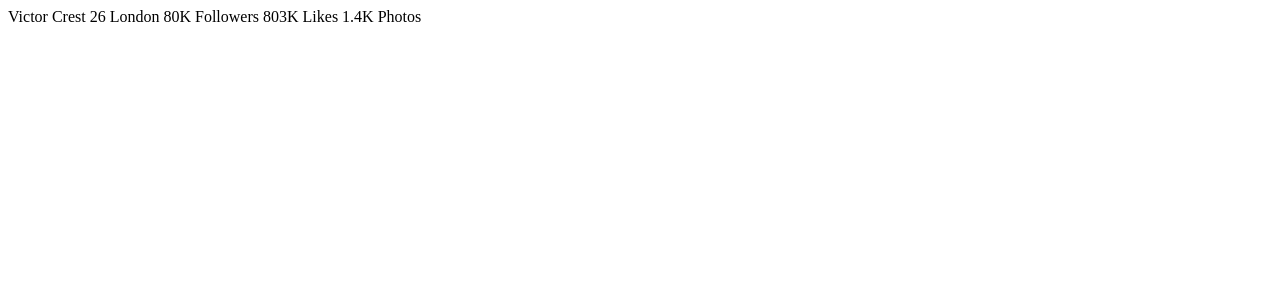
Repository: shayanabedi98/profile-card-component
Page: index.html
These files come from the project's save history. The page is drawn as it stood at one moment and after the next save; the edit follows.
The browser window is 1280 px wide. The pictures show the whole page.

Above is the page before, as saved 2023-09-27 10:24:25.

After the next save:
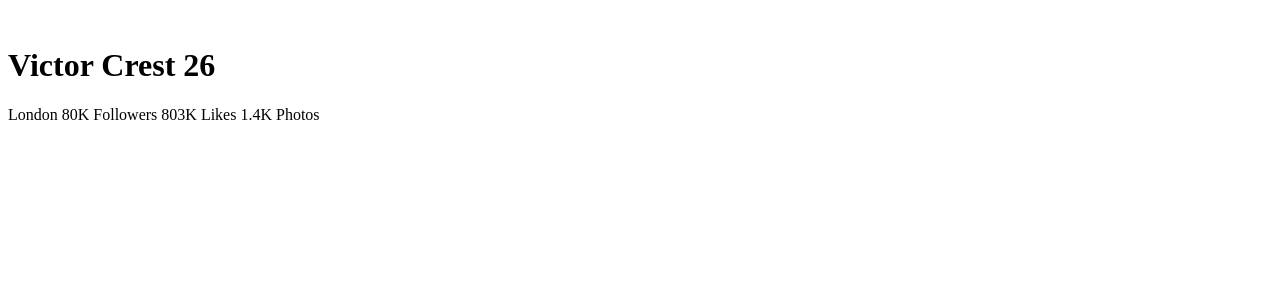
Saved 81 min 42 s later.
--- a/index.html
+++ b/index.html
@@ -9,8 +9,16 @@
 
 </head>
 <body>
-  Victor Crest
-  26
+  <div class="grid-container">
+    <div class="card">
+      <div class="banner">
+      </div>
+      <div class="profile">
+        <img src="" alt="">
+        <h1>Victor Crest <span>26</span></h1>
+      </div>
+    </div>
+  </div>
   London
 
   80K
